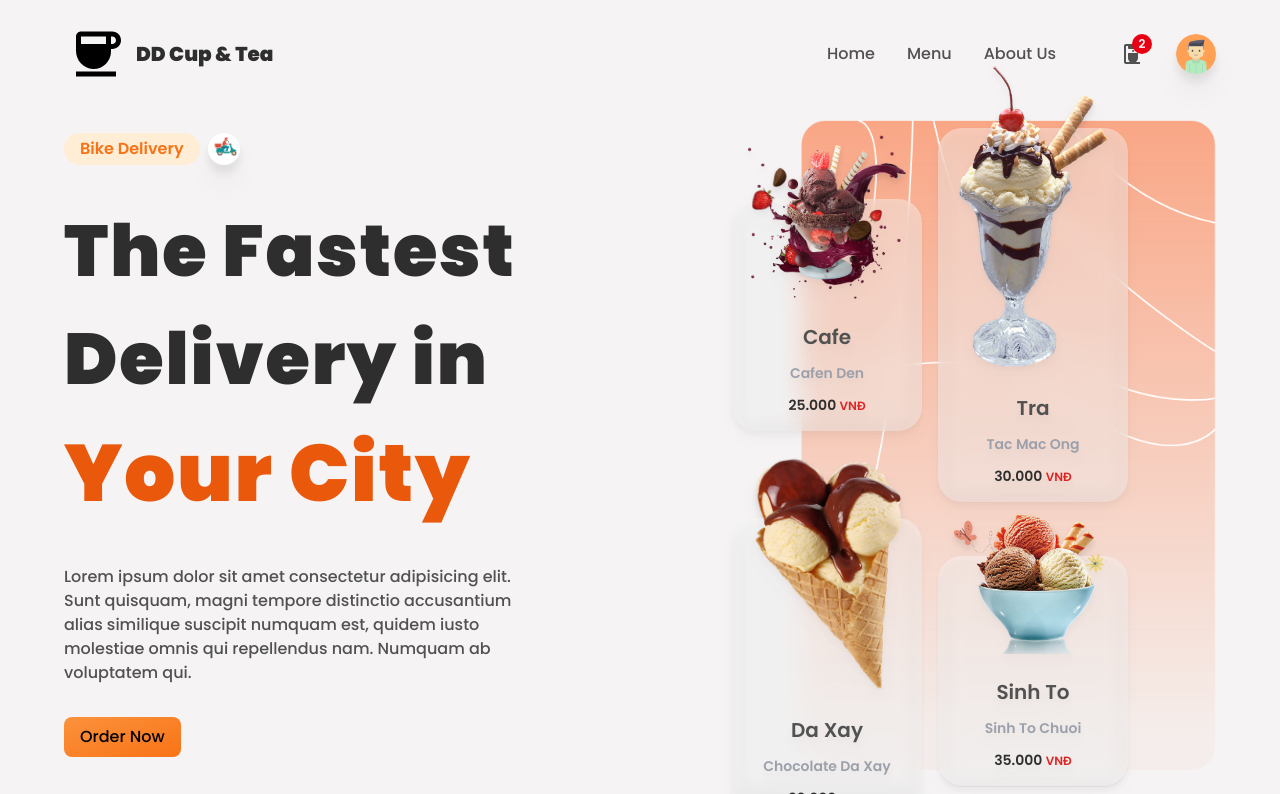
Repository: duongspm/ddcoffee
Page: /
These files come from the project's save history. The page is drawn as it stood at one moment and after the next save; the edit follows.
The browser window is 1280 px wide. The pictures show the whole page.
An inner scrolling area shows only its first screen. The project was rebuilt for these pictures with package versions that can differ from the ones it lists, and the page was loaded fresh each time. Also part of the build but not shown: src/App.css, src/components/CreateContainer.jsx.

Above is the page before, as saved 2022-07-12 20:08:56.

After the next save:
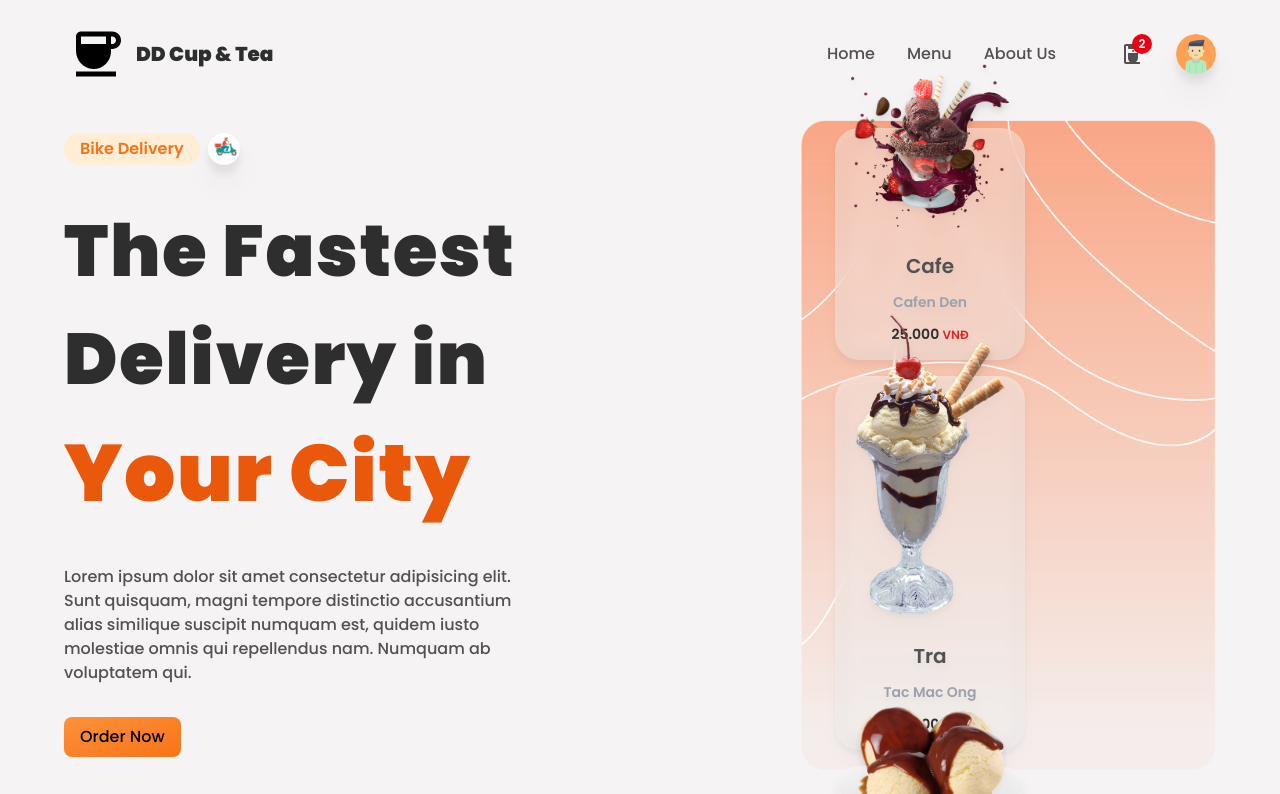
Saved 46 s later.
--- a/src/components/HomeContainer.jsx
+++ b/src/components/HomeContainer.jsx
@@ -20,7 +20,7 @@ const HomeContainer = () => {
             <div className='py-2 flex-1 flex items-center relative'>
                 <img src={HeroBg} className="ml-auto h-420 w-full lg:w-auto lg:h-650" alt="hero-bg"/>
 
-                <div className='w-full h-full absolute flex items-center justify-center top-0 left-0 px-22 py-4 gap-4 flex-wrap'>
+                <div className='w-full h-full absolute flex items-center justify-center top-0 left-0 px-32 py-4 gap-4 flex-wrap'>
                     {heroData && heroData.map(n => (
                         <div key={n.id} className='w-190 bg-cardOverlay backdrop-blur-md p-4 rounded-3xl flex flex-col items-center justify-center min-w-[190px] drop-shadow-lg'>
                         <img src={n.imageSrc} className='w-40 -mt-20' alt='i1'/>
